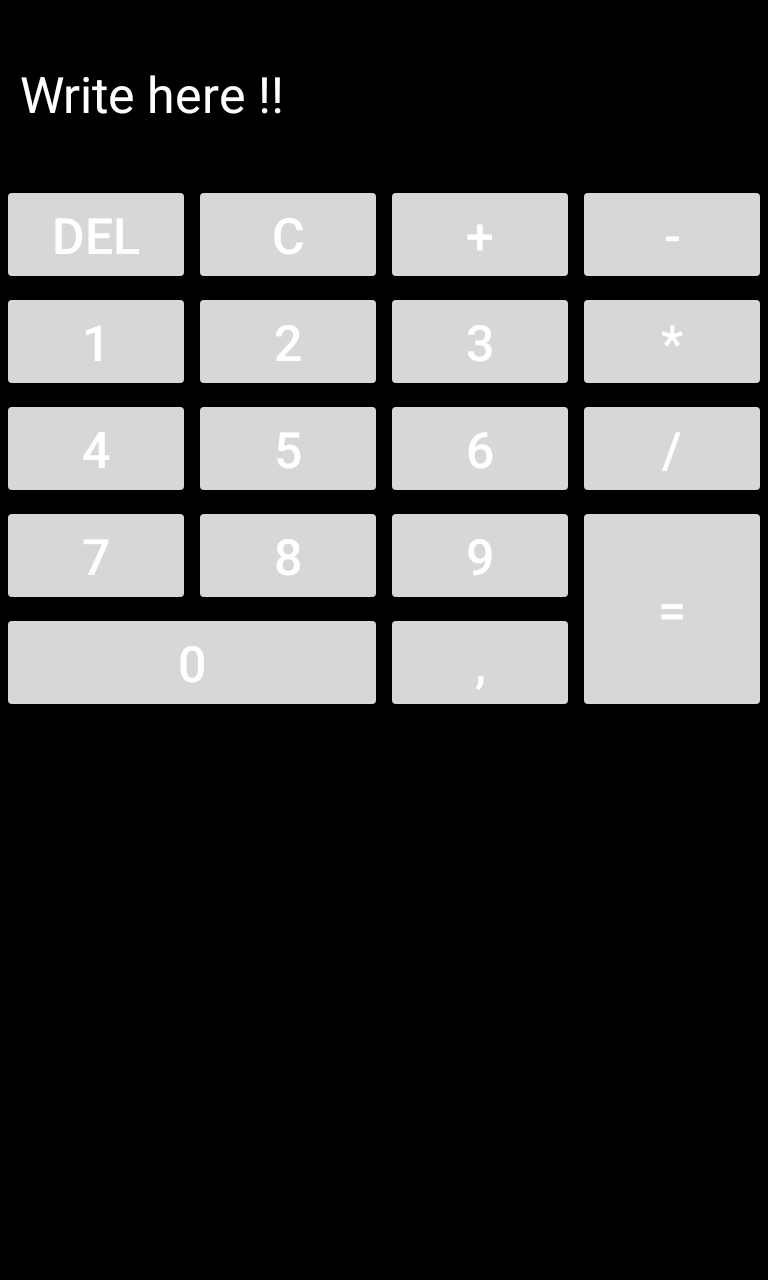
Repository: salihklc/Basic-Android
Layout: complexCalculator/res/layout/activity_main.xml
These files come from the project's save history. The layout is drawn as it stood at one moment and after the next save; the edit follows.
It is drawn on a 768 x 1280 px phone screen (xhdpi) without system bars, with theme AppTheme; the app's code is not run.

Above is the layout before, as saved 2014-10-10 17:45:50.

### complexCalculator/res/layout/activity_main.xml
<LinearLayout xmlns:android="http://schemas.android.com/apk/res/android"
    xmlns:android1="http://schemas.android.com/apk/res/android"
    android:layout_width="match_parent"
    android:layout_height="match_parent"
    android:background="#000"
    android:orientation="vertical" >

<EditText
    android:layout_marginTop="20dp"
    android:layout_marginBottom="20dp"
    android:id="@+id/display"
    android:layout_width="match_parent"
    android:layout_height="wrap_content"
    android:hint=" Write here !!"
    android:textSize="25sp"
    android:textColor="#fff"
    android:textColorHint="#fff"
    />

	<LinearLayout
	    android:layout_width="match_parent"
	    android:layout_height="wrap_content"
	    android:weightSum="100"
	    android1:orientation="horizontal" >

	    <Button
	        android:layout_weight="25"
	        android:id="@+id/DEL"
	        android:layout_height="fill_parent"
	        android:text="@string/DEL"
	        android:textColor="#fff"
	        android:textSize="25sp"
	        />
	    <Button
	        android:layout_weight="25"
	        android:id="@+id/C"
	        android:layout_height="fill_parent"
	        android:text="@string/C"
	        android:textColor="#fff"
	        android:textSize="25sp"
	        />
	    <Button
	        android:layout_weight="25"
	        android:id="@+id/add"
	        android:layout_height="fill_parent"
	        android:text="@string/add"
	        android:textColor="#fff"
	        android:textSize="25sp"
	        />
	    <Button
	        android:layout_weight="25"
	        android:id="@+id/minus"
	        android:layout_height="fill_parent"
	        android:text="@string/minus"
	        android:textColor="#fff"
	        android:textSize="25sp"
	        />

	</LinearLayout>

	<LinearLayout
	    android:layout_width="match_parent"
	    android:layout_height="wrap_content"
	    android:weightSum="100"
	    android1:orientation="horizontal" >

	    <Button
	        android:layout_weight="25"
	        android:id="@+id/one"
	        android:layout_height="fill_parent"
	        android:text="@string/one"
	        android:textColor="#fff"
	        android:textSize="25sp"
	        />
	    <Button
	        android:layout_weight="25"
	        android:id="@+id/two"
	        android:layout_height="fill_parent"
	        android:text="@string/two"
	        android:textColor="#fff"
	        android:textSize="25sp"
	        />
	    <Button
	        android:layout_weight="25"
	        android:id="@+id/three"
	        android:layout_height="fill_parent"
	        android:text="@string/three"
	        android:textColor="#fff"
	        android:textSize="25sp"
	        />
	    <Button
	        android:layout_weight="25"
	        android:id="@+id/mult"
	        android:layout_height="fill_parent"
	        android:text="@string/mult"
	        android:textColor="#fff"
	        android:textSize="25sp"
	        />

	</LinearLayout>

	<LinearLayout
	    android:layout_width="match_parent"
	    android:layout_height="wrap_content"
	    android:weightSum="100"
	    android1:baselineAligned="false"
	    android1:orientation="horizontal" >

	    <Button
	        android:layout_weight="25"
	        android:id="@+id/four"
	        android:layout_height="fill_parent"
	        android:text="@string/four"
	        android:textColor="#fff"
	        android:textSize="25sp"
	        />
	    <Button
	        android:layout_weight="25"
	        android:id="@+id/five"
	        android:layout_height="fill_parent"
	        android:text="@string/five"
	        android:textColor="#fff"
	        android:textSize="25sp"
	        />
	    <Button
	        android:layout_weight="25"
	        android:id="@+id/six"
	        android:layout_height="fill_parent"
	        android:text="@string/six"
	        android:textColor="#fff"
	        android:textSize="25sp"
	        />
	    <Button
	        android:layout_weight="25"
	        android:id="@+id/div"
	        android:layout_height="fill_parent"
	        android:text="@string/div"
	        android:textColor="#fff"
	        android:textSize="25sp"
	        />

	</LinearLayout>

	<LinearLayout
	    android:layout_width="match_parent"
	    android:layout_height="wrap_content"
	    android:baselineAligned="false"
	    android:orientation="horizontal"
	    android:weightSum="100" >

		<LinearLayout
		    android1:layout_weight="75"
		    android:layout_height="fill_parent"
		    android:orientation="vertical" >

			<LinearLayout
			    android:layout_width="match_parent"
			    android:layout_height="wrap_content"
			    android:orientation="horizontal"
			    android:weightSum="99" >

			    <Button
			        android:layout_weight="33"
			        android:id="@+id/seven"
			        android:layout_height="fill_parent"
			        android:text="@string/seven"
			        android:textColor="#fff"
			        android:textSize="25sp"
			        />
			    <Button
			        android:layout_weight="33"
			        android:id="@+id/eight"
			        android:layout_height="fill_parent"
			        android:text="@string/eight"
			        android:textColor="#fff"
			        android:textSize="25sp"
			        />
			    <Button
			        android:layout_weight="33"
			        android:id="@+id/nine"
			        android:layout_height="fill_parent"
			        android:text="@string/nine"
			        android:textColor="#fff"
			        android:textSize="25sp"
			        />


			</LinearLayout>

			<LinearLayout
			    android:layout_width="match_parent"
			    android:layout_height="wrap_content"
			    android:orientation="horizontal"
			    android:weightSum="99" >

				<Button
				    android1:id="@+id/zero"
				    android1:layout_height="fill_parent"
				    android1:layout_weight="66"
				    android1:text="@string/zero"
				    android1:textColor="#fff"
				    android1:textSize="25sp" />

				<Button
				    android1:id="@+id/dot"
				    android1:layout_height="fill_parent"
				    android1:layout_weight="33"
				    android1:text="@string/dot"
				    android1:textColor="#fff"
				    android1:textSize="25sp" />

			</LinearLayout>

	</LinearLayout>

		<LinearLayout
		    android1:layout_height="match_parent"
		    android:layout_gravity="right"
		    android:layout_weight="25"
		    android1:orientation="horizontal" >

		    <Button
		        android1:id="@+id/equ"
		        android1:layout_width="0dp"
		        android1:layout_height="fill_parent"
		        android1:layout_weight="5.20"
		        android1:text="@string/equ"
		        android1:textColor="#fff"
		        android1:textSize="25sp" />

		</LinearLayout>

	</LinearLayout>

</LinearLayout>

### complexCalculator/res/values/strings.xml
<?xml version="1.0" encoding="utf-8"?>
<resources>

    <string name="app_name">complexCalculator</string>
    <string name="hello_world">Hello world!</string>
    <string name="action_settings">Settings</string>
    <string name="one">1</string>
	<string name="two">2</string>
	<string name="three">3</string>
	<string name="add">+</string>
	<string name="four">4</string>
	<string name="five">5</string>
	<string name="six">6</string>
	<string name="minus">-</string>
	<string name="seven">7</string>
	<string name="eight">8</string>
	<string name="nine">9</string>
	<string name="mult">*</string>
	<string name="zero">0</string>
	<string name="equ">=</string>
	<string name="div">/</string>
	<string name="dot">,</string>
	<string name="DEL">DEL</string>
	<string name="C">C</string>
</resources>

Loaded but not shown: complexCalculator/res/values/styles.xml (common file); complexCalculator/res/values-v11/styles.xml (common file); complexCalculator/res/values-v14/styles.xml (common file)

After the next save:
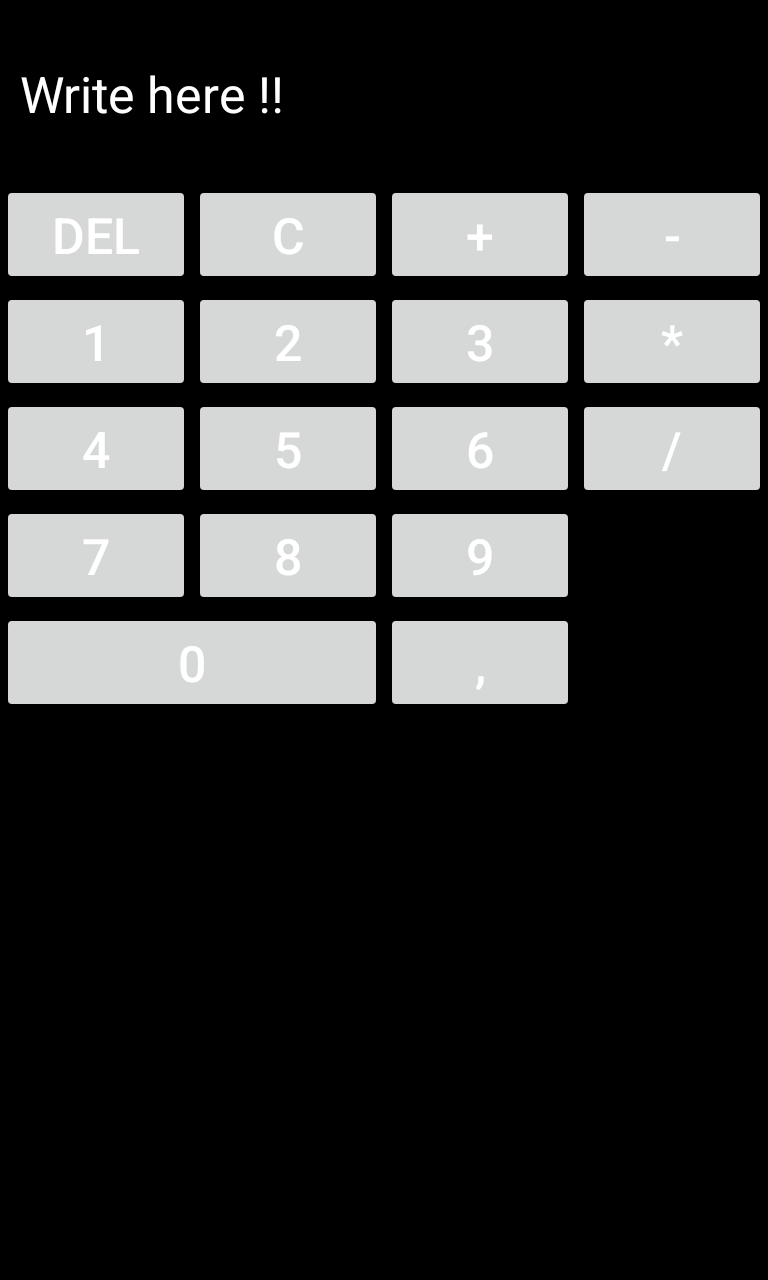
Saved 47 s later.
--- a/complexCalculator/res/layout/activity_main.xml
+++ b/complexCalculator/res/layout/activity_main.xml
@@ -223,7 +223,7 @@
 		        android1:id="@+id/equ"
 		        android1:layout_width="0dp"
 		        android1:layout_height="fill_parent"
-		        android1:layout_weight="5.20"
+
 		        android1:text="@string/equ"
 		        android1:textColor="#fff"
 		        android1:textSize="25sp" />

After the save that followed:
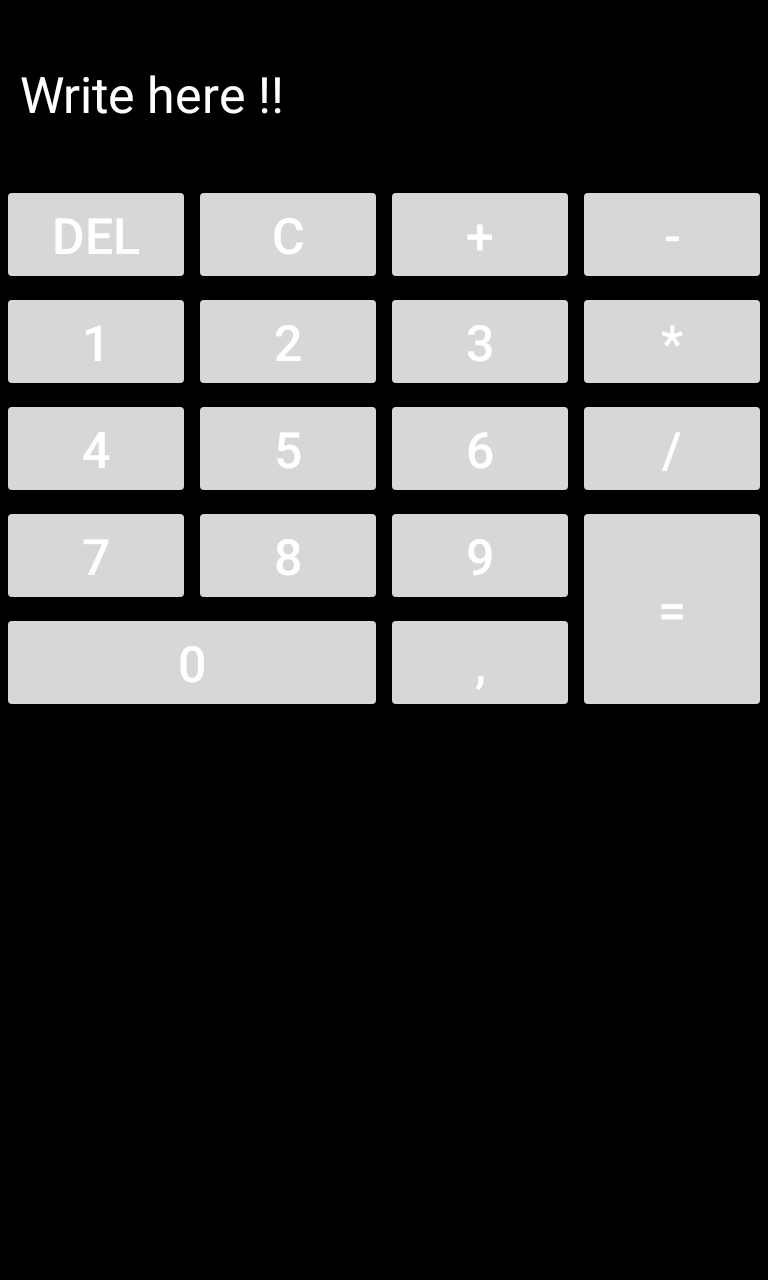
Saved 10 s later.
--- a/complexCalculator/res/layout/activity_main.xml
+++ b/complexCalculator/res/layout/activity_main.xml
@@ -223,7 +223,7 @@
 		        android1:id="@+id/equ"
 		        android1:layout_width="0dp"
 		        android1:layout_height="fill_parent"
-
+		        android1:layout_weight="5.20"
 		        android1:text="@string/equ"
 		        android1:textColor="#fff"
 		        android1:textSize="25sp" />
